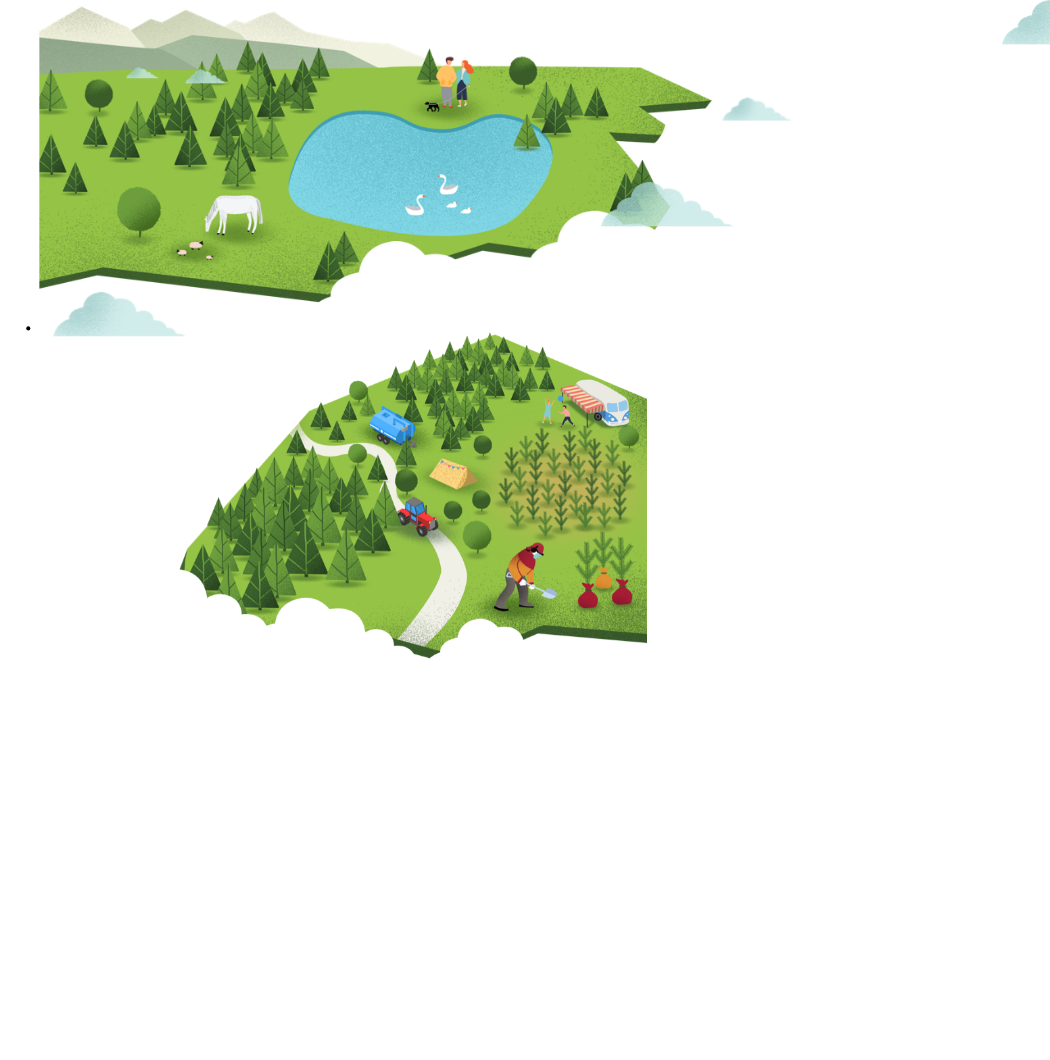
Repository: caothaito/b6g6
Page: bogo/q.html
These files come from the project's save history. The page is drawn as it stood at one moment and after the next save; the edit follows.
The browser window is 1280 px wide. The pictures show the whole page, at 82% of full size.

Above is the page before, as saved 2020-08-21 14:24:47.

After the next save:
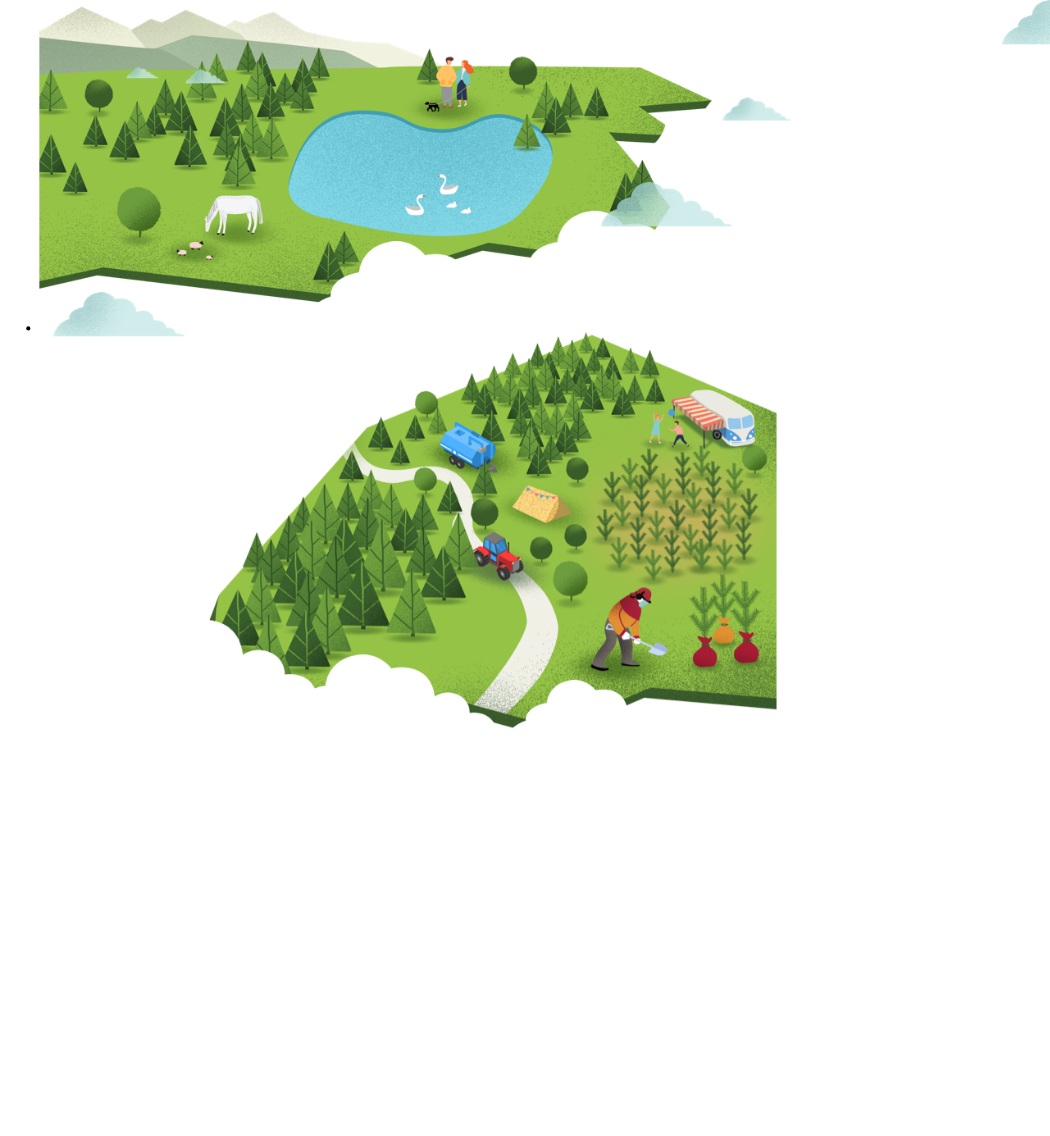
Saved 10 s later.
--- a/bogo/q.html
+++ b/bogo/q.html
@@ -23,9 +23,7 @@
                             <div class="tp-loop-wrap" >
                                 <div class="tp-mask-wrap">
                                     <div class="tp-caption   tp-resizeme">
-                                        <img src="assets/images/home/pl-right.png" alt="" data-ww="899px"
-                                            data-hh="523px" width="899" height="523" data-no-retina=""
-                                            style="width: 741.207px; height: 431.203px; transition: none 0s ease 0s; text-align: inherit; line-height: 0px; border-width: 0px; margin: 0px; padding: 0px; letter-spacing: 0px; font-weight: 400; font-size: 11px;">
+                                        <img src="assets/images/home/pl-right.png" >
                                     </div>
                                 </div>
                             </div>
